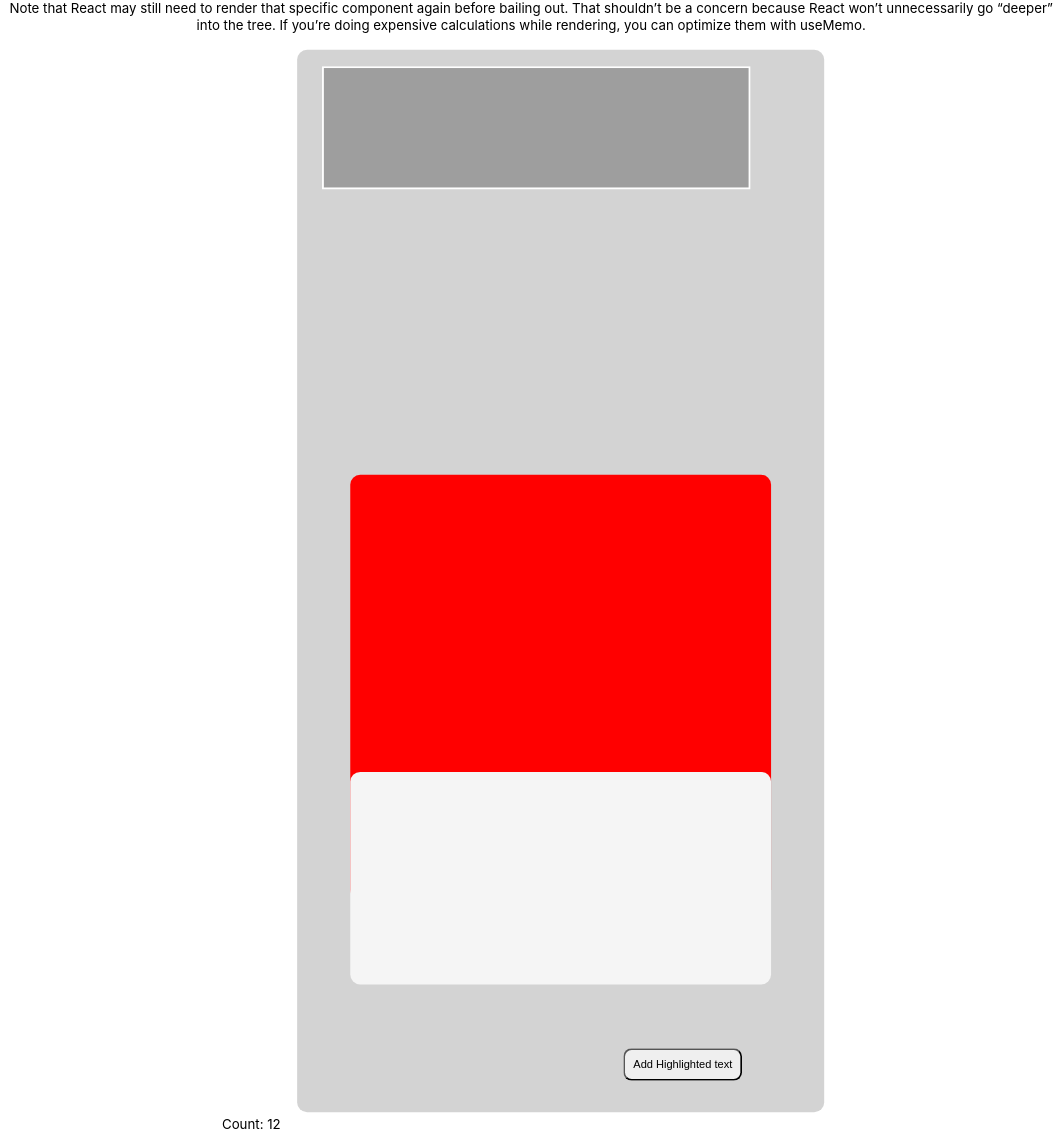
Repository: Farbod29/React-text-highlighter-with-hook-
Page: /
These files come from the project's save history. The page is drawn as it stood at one moment and after a run of saves; the edit follows.
The browser window is 1280 px wide. The pictures show the whole page, at 83% of full size.
Pictures or frames that could not be fetched are drawn as grey boxes. The project was rebuilt for these pictures with package versions that can differ from the ones it lists, and the page was loaded fresh each time.

Above is the page before, as saved 2022-02-18 23:03:19.

### src/App.js
import './App.css';
import Highlighter from './highlighter';
function App() {
  return (
    <div className="App">
      <Highlighter />
    </div>
  );
}

export default App;

### src/highlighter.js
import React, { useEffect, useState } from 'react';

export default function Highlighter() {
  let doit = () => {
    document.onmouseup = () => {
      console.log(window.getSelection().toString());
    };
  };
  const [count, setCount] = useState(12);
  return (
    <>
      <div>
        {' '}
        Note that React may still need to render that specific component again
        before bailing out. That shouldn’t be a concern because React won’t
        unnecessarily go “deeper” into the tree. If you’re doing expensive
        calculations while rendering, you can optimize them with useMemo.
      </div>
      Count: {count}
      {/* <button onClick={() => setCount((prevCount) => prevCount - 1)}>-</button> */}
      <div
        style={{
          padding: '0px 10px',
          height: '100vw',
          width: '48vw',
          margin: '20px',
          borderRadius: '12px',
          backgroundColor: '#D3D3D3',
          inline: true,
          fontColor: 'red',
          display: 'inline-block',
          textAlign: 'center',
          position: 'relative',
        }}
      >
        <img
          style={{
            height: '20vh',
            width: '40vw',
            position: 'absolute',
            border: '2px solid',
            borderColor: '#ffff',
            left: 30,
            top: 20,
          }}
          src="https://pfrias.couragecompanion.eu/storage/m/_v2/213604778138275840/4f8b684e5-e9314a/vlyvkRQwb3ew/u8hVvH5l5IFvha9MQyXCzPOYLo2SXG3bqIpv6vBg.png"
        ></img>
        <div
          style={{
            // textBox1
            padding: '0px 10px',
            backgroundColor: 'red',
            height: '40vw',
            width: '38vw',
            left: '5vw',
            top: '40vw',
            borderRadius: '12px',
            position: 'absolute',
          }}
        />
        <div
          style={{
            // textBox
            padding: '0px 10px',
            backgroundColor: '#F5F5F5',
            height: '20vw',
            width: '38vw',
            left: '5vw',
            top: '68vw',
            borderRadius: '12px',
            position: 'absolute',
          }}
        />
        <div
          style={{
            top: '500',
            position: 'absolute',
            bottom: '3vw',
            left: '25vw',
            right: '2vw',
          }}
        >
          <button
            style={{ padding: '10px', borderRadius: '10px' }}
            onClick={() => setCount(12)}
          >
            {' '}
            Add Highlighted text{' '}
          </button>
        </div>
      </div>
      {doit()}
    </>
  );
}

Loaded but not shown: public/index.html (common file); src/index.js (common file); src/index.css (common file); src/reportWebVitals.js (common file); src/App.css (common file)

After the next 2 saves:
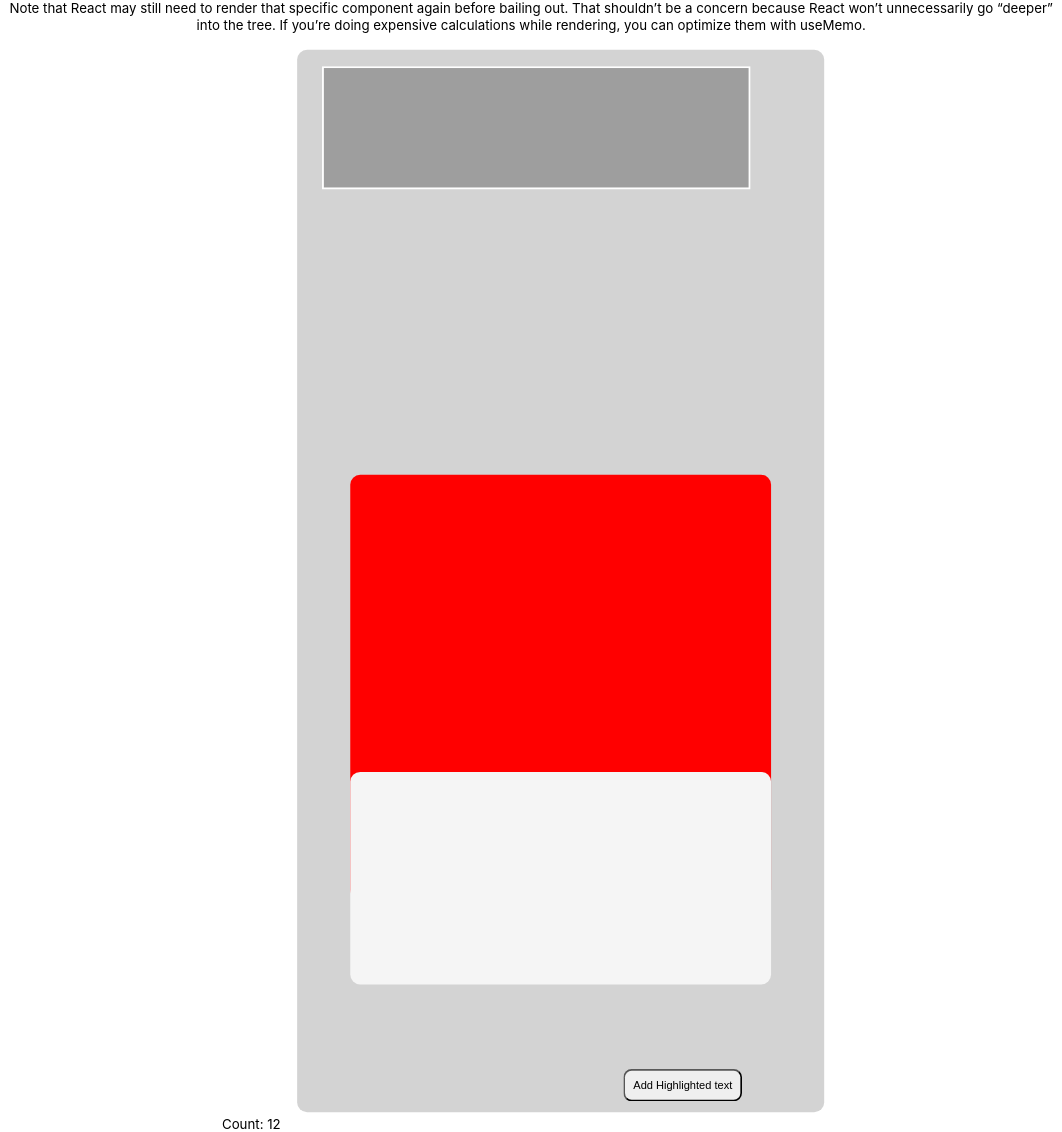
The 2 saves are shown as one change because they came seconds apart.
The last was saved 8 s later.
--- a/src/highlighter.js
+++ b/src/highlighter.js
@@ -75,7 +75,7 @@ export default function Highlighter() {
           style={{
             top: '500',
             position: 'absolute',
-            bottom: '3vw',
+            bottom: '1vw',
             left: '25vw',
             right: '2vw',
           }}
